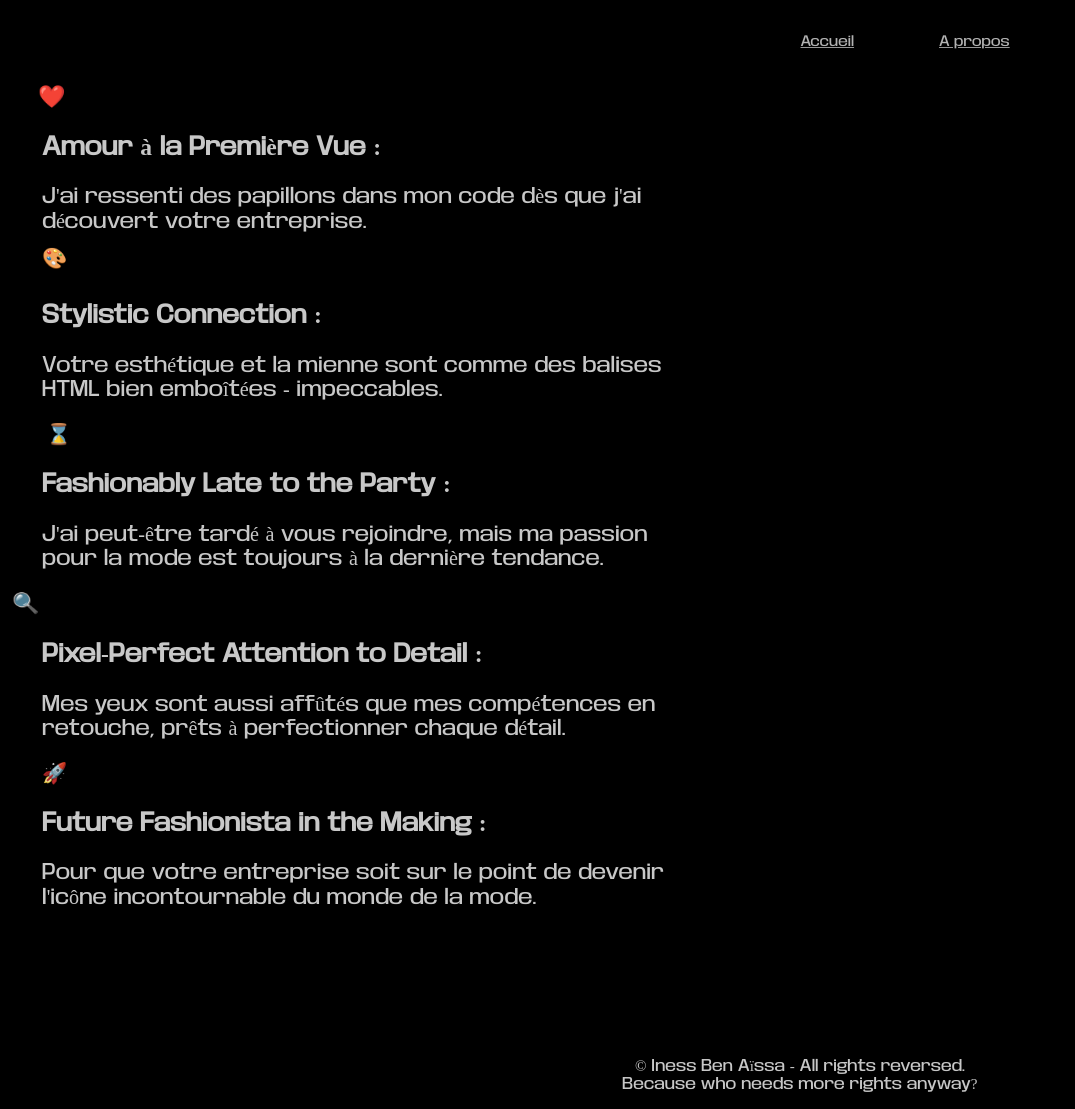
Repository: inessben/application
Page: company/company.html
The author's editor kept a copy of each file at every save. The page is drawn from the files as they stood at one save, then again after the next save.
The browser window is 1280 px wide. The pictures show the whole page, at 84% of full size.

Above is the page before, as saved 2023-12-04 03:11:25.

### company/company.html
<!DOCTYPE html>
<html lang="en">
<head>
    <meta charset="UTF-8">
    <meta name="viewport" content="width=device-width, initial-scale=1.0">
    <!-- generate the icon -->
    <link rel="apple-touch-icon" sizes="180x180" href="/favicon/apple-touch-icon.png">
    <link rel="icon" type="image/png" sizes="32x32" href="/favicon/favicon-32x32.png">
    <link rel="icon" type="image/png" sizes="16x16" href="/favicon/favicon-16x16.png">
    <link rel="manifest" href="/favicon/site.webmanifest">
    <link rel="mask-icon" href="/favicon/safari-pinned-tab.svg" color="#5bbad5">
    <meta name="msapplication-TileColor" content="#da532c">
    <!--  -->
    <meta name="theme-color" content="#ffffff">
    <title>#slowlyApplication</title>
    <link rel="stylesheet" href="company.css">
</head>
<body>
    <section id="nav-header">
        <header class="links">
            <a href="/index.html" class="link">Accueil</a>
            <a href="/about/about.html" class="link">A propos</a>
        </header>
    </section>

    <section id="creative-section">
        <section class="sentences" id="heart-sentence">
            <div id="heart-animation">❤️</div>
            <h3>Amour à la Première Vue :</h3>
            <p>J'ai ressenti des papillons dans mon code dès que j'ai découvert votre entreprise.</p>
        </section>

        <section class="sentences" id="stylistic-connection-sentence">
            <div id="stylistic-connection-animation">🎨</div>
            <h3>Stylistic Connection :</h3>
            <p>Votre esthétique et la mienne sont comme des balises HTML bien emboîtées - impeccables.</p>
        </section>

        <section class="sentences" id="fashionably-late-sentence">
            <div id="fashionably-late-animation">⌛</div>
            <h3>Fashionably Late to the Party :</h3>
            <p>J'ai peut-être tardé à vous rejoindre, mais ma passion pour la mode est toujours à la dernière tendance.</p>
        </section>

        <section class="sentences" id="pixel-perfect-sentence">
            <div id="pixel-perfect-animation">🔍</div>
            <h3>Pixel-Perfect Attention to Detail :</h3>
            <p>Mes yeux sont aussi affûtés que mes compétences en retouche, prêts à perfectionner chaque détail.</p>
        </section>

        <section class="sentences" id="future-fashionista-sentence">
            <div id="future-fashionista-animation">🚀</div>
            <h3>Future Fashionista in the Making :</h3>
            <p>Pour que votre entreprise soit sur le point de devenir l'icône incontournable du monde de la mode.</p>
        </section>
    </section>

    <footer>
        <p>© Iness Ben Aïssa - All rights reversed. Because who needs more rights anyway?</p>
    </footer>
</body>
</html>

### company/company.css
@font-face {
    font-family: "Jolley";
    src: url("/fonts/jolley.woff");
    }

@font-face {
    font-family: "Base Neue";
    src: url("/fonts/base-neue.ttf");
    }

::-webkit-scrollbar {
    width: 8px;
    }

::-webkit-scrollbar-track {
    background-color: #000;
    }

::-webkit-scrollbar-thumb {
    background-color: #4b4b4b;
    border-radius: 4px;
    }

::-webkit-scrollbar-thumb:hover {
    opacity: 0.7;
    }

html {
    scroll-behavior: smooth;
    }

body {
font-family: "Base Neue";
    margin: 0;
    margin-left: 50px;
    padding: 0;
    display: flex;
    align-items: center;
    justify-content: center;
    height: 100vh;
    background-color: #000000;
    color: #c8c8c8;
    font-size: 24px;
    }

#nav-header {
        position: absolute;
        top: 30px;
        right: 20px;
        font-size: 16px;
        font-weight: 500;
        padding: 10px;
    }

.link {
    padding: 8px;
    text-decoration: #b3b3b3 underline;
    color: #b3b3b3;
    margin: auto 40px;
    }

.link:hover {
        opacity: 0.7;
    }

#creative-section{
    position: relative;
    height: 100vh;
    top: 100px;
}

#heart-animation {
    width: 100px;
    animation: heartbeat 1.5s infinite;
    }

#stylistic-connection-animation {
    animation: styleConnection 2s infinite alternate;
    }

#fashionably-late-animation {
    animation: fashionablyLate 1s infinite alternate;
    }

#pixel-perfect-animation {
    animation: pixelPerfect 1.5s infinite alternate;
    }

#future-fashionista-animation {
    animation: futureFashionista 2s infinite alternate;
    }

@keyframes heartbeat {
    0%, 100% {
    transform: scale(1);
    }
    50% {
    transform: scale(1.1);
    }
}

@keyframes styleConnection {
    0% {
    transform: translateY(0);
    }
    100% {
    transform: translateY(-10px);
    }
}

@keyframes fashionablyLate {
    0% {
    transform: translateX(0);
    }
    100% {
    transform: translateX(5px);
    }
}

@keyframes pixelPerfect {
    0% {
    transform: scaleX(1);
    }
    100% {
    transform: scaleX(1.1);
    }
}

@keyframes futureFashionista {
    0% {
    opacity: 0.8;
    }
    100% {
    opacity: 1;
    }
}

footer{
    position: relative;
    display: flex;
    align-items: center;
    justify-content: center;
    text-align: center;
    bottom: -920px;
    left: -100px;
    font-size: 18px;
}

After the next save:
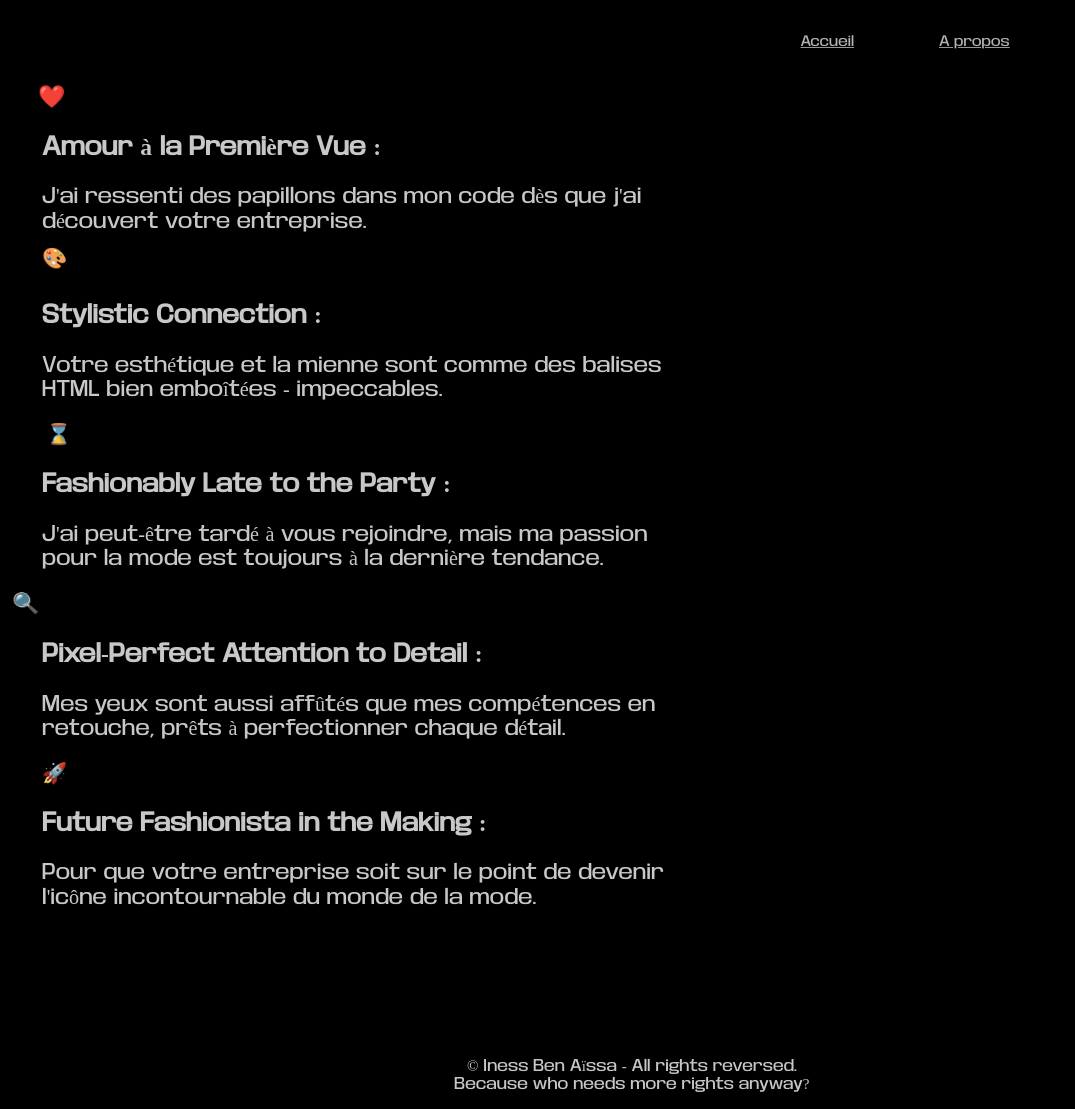
Saved 8 s later.
--- a/company/company.css
+++ b/company/company.css
@@ -142,6 +142,6 @@ footer{
     justify-content: center;
     text-align: center;
     bottom: -920px;
-    left: -100px;
+    left: -300px;
     font-size: 18px;
 }
